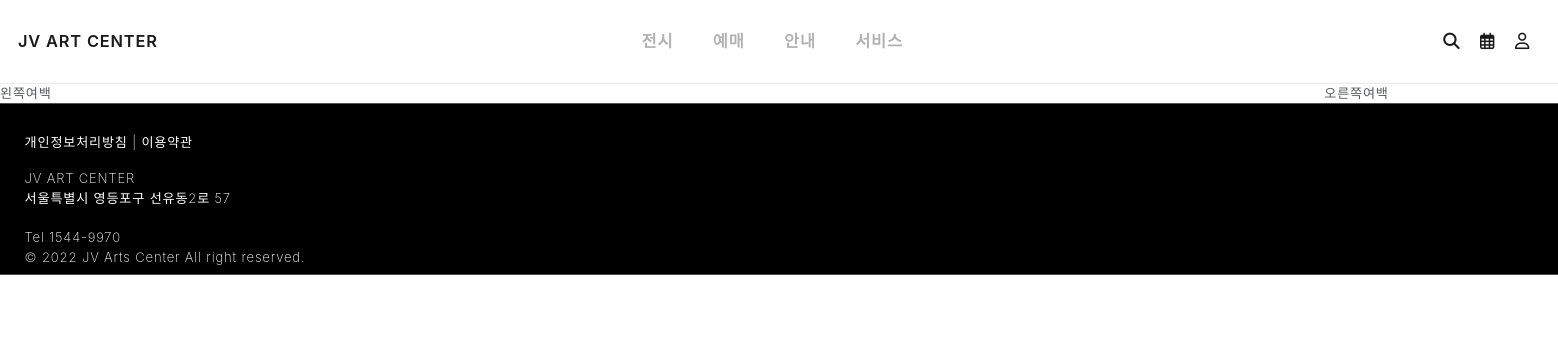
Repository: pshysd/SEMI_PROJECT
Page: http://localhost/JVArtCenter/index.jsp
The author's editor kept a copy of each file at every save. The page is drawn from the files as they stood at one save, then again after the next save.
The browser window is 1280 px wide. The page is 1900 px wide, so the pictures cover 1900 px, including what lies to the right of the window. The pictures show the whole page, at 82% of full size.
Some web fonts or font styles are not loaded; a fallback is used. Some web libraries are served in a nearby version. The page is served by Tomcat 9. Nobody is signed in. The application's start-up code is not run. Other server files are loaded and not shown.

Above is the page before, as saved 2022-10-25 13:56:18.

### JVArtCenter/WebContent/index.jsp
<%@ page language="java" contentType="text/html; charset=UTF-8"
    pageEncoding="UTF-8"%>
<!DOCTYPE html>
<html>
<head>
<meta charset="UTF-8">
<title>JV Art Center</title>
<style>

    /* ---------- content ---------- */
    #content {
      height: 70%;
      display: flex;
    }

    #content > div {
      height: 100%;
    }
    #content_1 {
      width: 15%;
      float: left;
    }
    #content_2 {
      width: 70%;
      height: 100%;
    }
    #content_3 {
      width: 15%;
      float: right;
    }
  </style>
</head>
<body>

	<%@ include file="views/common/menubar.jsp" %>

    <div class="wrap">
      <!--전체를 감싸는 wrap영역-->

      <div id="content">
        <!--바디-->
        <div id="content_1">왼쪽여백</div>
        <div id="content_2"></div>
        <div id="content_3">오른쪽여백</div>
      </div>

    </div>

    <%@ include file="views/common/footerbar.jsp" %>

  </body>
</html>

### JVArtCenter/WebContent/views/common/menubar.jsp
<%@ page language="java" contentType="text/html; charset=UTF-8"
    pageEncoding="UTF-8"%>
<%
	String contextPath = request.getContextPath();
%>
<!DOCTYPE html>
<html lang="en">
  <head>
    <meta charset="UTF-8" />
    <meta http-equiv="X-UA-Compatible" content="IE=edge" />
    <meta name="viewport" content="width=device-width, initial-scale=1.0" />
    <!-- 메뉴바 아이콘 -->
    <script src="https://kit.fontawesome.com/c7bfbb0e5b.js" crossorigin="anonymous"></script>
    <!-- 부트스트랩 css 사용 -->
    <link rel="stylesheet" href="resources/css/bootstrap.css">
    <!-- JavaScript Bundle with Popper -->
    <script src="https://cdn.jsdelivr.net/npm/bootstrap@5.2.2/dist/js/bootstrap.bundle.min.js" integrity="sha384-OERcA2EqjJCMA+/3y+gxIOqMEjwtxJY7qPCqsdltbNJuaOe923+mo//f6V8Qbsw3" crossorigin="anonymous"></script>
    <title>menubar</title>
  </head>
  <style>

    /* ---------- 전체 스타일 ---------- */
    div {  /*표 확인용 */
        /* border: 0.5px solid lightgrey;  */
        box-sizing: border-box;
    }
    .wrap {
      width: 1900px;
    }
    a {
      text-decoration: none;
    }

    /* header, content, footer의 공통속성 : 가로길이 100% */
    .wrap > div {
      width: 100%;
    }

    /* ---------- header ---------- */
    #header {
      height: 10%;
    }

    /* 메인메뉴 전체를 감싸는 ul */
    #navbar_menu>a {
      display: block;
      line-height: 35px;
    }
    #navbar_menu {
      display: flex;
      list-style: none;
      padding-left: 0;
      font-size: large;
      position: relative;
      margin-left: 550px;
    }
    #navbar_menu>li {
      font-size: 20px;
      position: static;
    }

    /* 각 메인 메뉴 */
    .nav-item {
      font-size: 20px;
    }

    /* 메인메뉴 우측 아이콘 */
    #navbar_icons {
      font-size: 20px;
      display: flex;
      padding: 5px 10px;
    }
    #search,
    #user,
    #calender {
      padding: 10px 12px;
    }

    /* 서브메뉴를 담당하는 ul 태그에 대한 스타일 */
    #navbar_menu>li>div {
      list-style-type: none;
      padding: 0px;
      display: none; /* 평소에는 안보여주다가 마우스가 올라가는 순간 보여지게끔 */
      position: absolute;
    }
    /* 메인메뉴에 마우스가 올라가는 순간 서브메뉴가 펼쳐져서 보이게끔 */
    #navbar_menu>li>a:hover + div {
      display: block; /* 메인메뉴에만 마우스가 올라갔을때만 유지됨 */
    }
    /* 서브메뉴에도 마우스가 올라갈 때 펼쳐진게 유지될 수 있게끔 */
    #navbar_menu > li > div:hover {
      display: block;
    }
    /* 서브메뉴 글씨만 좀 더 작게 보이게끔 */
    #navbar_menu > li > div a {
      font-size: 15px;
    }
    #navbar_menu > li > div a:hover {
      font-size: 18px;
    }

    /* 고정된 세부메뉴 전체를 감싸는 div */
    #navi {
      height: 5%;
      text-align: center;
    }

    /* ---------- content ---------- */
    #content {
      height: 70%;
      display: flex;
    }

    #content > div {
      height: 100%;
    }
    #content_1 {
      width: 15%;
      float: left;
    }
    #content_2 {
      width: 70%;
      height: 100%;
    }
    #content_3 {
      width: 15%;
      float: right;
    }

  </style>
  <body>
    <div class="wrap">
      <!--전체를 감싸는 wrap영역-->

      <div id="header">
        <!--헤더영역-->

        <div>
          <nav class="navbar navbar-expand-lg navbar-light bg-light" style="border: 1px 0px;">
            <div class="container-fluid">
              <a class="navbar-brand" href="#"><span style="margin-left: 10px;">JV</span> ART CENTER</a>
              <button class="navbar-toggler" type="button" data-bs-toggle="collapse" data-bs-target="#navbarColor03" aria-controls="navbarColor03" aria-expanded="false" aria-label="Toggle navigation">
                <span class="navbar-toggler-icon"></span>
              </button>
              <div class="collapse navbar-collapse" id="navbarColor03">
                <ul class="navbar-nav me-auto" id="navbar_menu">
                  <li class="nav-item">
                    <a class="nav-link dropdown" data-bs-toggle="dropdown" href="#" role="button" aria-haspopup="true" aria-expanded="false">전시</a>
                    <div class="dropdown-menu">
                      <a class="dropdown-item" href="#">현재전시</a>
                      <a class="dropdown-item" href="#">지난전시</a>
                      <a class="dropdown-item" href="#">오픈예정</a>

                    </div>
                  </li>
                  <li class="nav-item">
                    <a class="nav-link" href="#">예매</a>
                  </li>
                  <li class="nav-item">
                    <a class="nav-link dropdown" data-bs-toggle="dropdown" href="#" role="button" aria-haspopup="true" aria-expanded="false">안내</a>
                    <div class="dropdown-menu">
                      <a class="dropdown-item" href="#">JV소개</a>
                      <a class="dropdown-item" href="#">전시관 안내</a>
                      <a class="dropdown-item" href="#">오시는길</a>

                    </div>
                  </li>
                  <li class="nav-item dropdown">
                    <a class="nav-link dropdown" data-bs-toggle="dropdown" href="#" role="button" aria-haspopup="true" aria-expanded="false">서비스</a>
                    <div class="dropdown-menu">
                      <a class="dropdown-item" href="#">공지사항</a>
                      <a class="dropdown-item" href="#">FAQ</a>
                      <a class="dropdown-item" href="#">1대1 문의</a>
                      <a class="dropdown-item" href="#">뉴스레터</a>
                    </div>
                  </li>
                </ul>

              </div>
              <div id="navbar_icons">
                <a href=""
                  ><i id="search" class="fa-solid fa-magnifying-glass"></i
                ></a>
                <a href=""
                  ><i id="calender" class="fa-regular fa-calendar-days"></i
                ></a>
                <a href=""><i id="user" class="fa-regular fa-user"></i></a>
              </div>
            </div>
          </nav>
        </div>
      </div>

    </div>
  </body>
</html>

### JVArtCenter/WebContent/views/common/footerbar.jsp
<%@ page language="java" contentType="text/html; charset=UTF-8"
    pageEncoding="UTF-8"%>
<!DOCTYPE html>
<html lang="en">
  <head>
    <meta charset="UTF-8" />
    <meta http-equiv="X-UA-Compatible" content="IE=edge" />
    <meta name="viewport" content="width=device-width, initial-scale=1.0" />
    <!-- 메뉴바 아이콘 -->
    <script src="https://kit.fontawesome.com/c7bfbb0e5b.js" crossorigin="anonymous"></script>
    <!-- 부트스트랩 css 사용 -->
    <link rel="stylesheet" href="resources/css/bootstrap.css">
    <!-- JavaScript Bundle with Popper -->
    <script src="https://cdn.jsdelivr.net/npm/bootstrap@5.2.2/dist/js/bootstrap.bundle.min.js" integrity="sha384-OERcA2EqjJCMA+/3y+gxIOqMEjwtxJY7qPCqsdltbNJuaOe923+mo//f6V8Qbsw3" crossorigin="anonymous"></script>
    <title>footerbar</title>
  </head>
  <style>

    /* ---------- footer ---------- */
    #footer {
      width: 100%;
      height: 15%;
      background-color: black;
      color: white;
      padding-left: 20px;
      padding-top: 25px;;
    }
    #footer>p {
        padding: 10px;
        box-sizing: border-box;
    }
    #footer_etc {
      padding: 10px;
    }
    #footer_etc a {
      text-decoration: none;
      color: white;
    }

  </style>
  <body>
    <div class="wrap">
      <!--전체를 감싸는 wrap영역-->

      <div id="footer">
        <!--푸터-->
        <div id="footer_etc">
            <a href="" >개인정보처리방침</a> |
            <a href="" >이용약관</a>
        </div>
        <p>
          JV ART CENTER<br />
          서울특별시 영등포구 선유동2로 57 <br /><br />

          Tel 1544-9970<br />

          © 2022 JV Arts Center All right reserved.
        </p>
      </div>
    </div>
  </body>
</html>

Loaded but not shown: JVArtCenter/WebContent/resources/css/bootstrap.css (library)

After the next save:
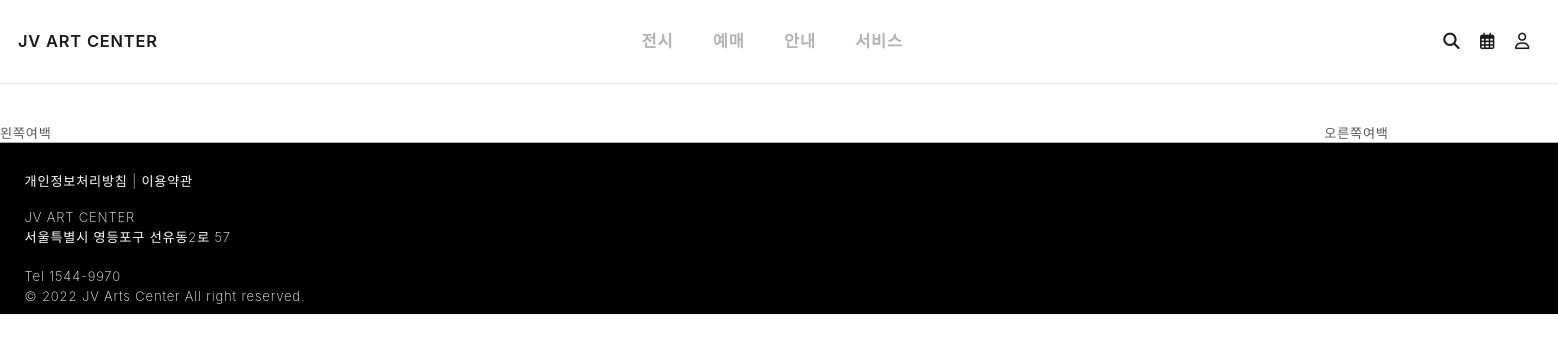
Saved 63 s later.
--- a/JVArtCenter/WebContent/views/common/menubar.jsp
+++ b/JVArtCenter/WebContent/views/common/menubar.jsp
@@ -38,7 +38,7 @@
 
     /* ---------- header ---------- */
     #header {
-      height: 10%;
+      height: 150px;
     }
 
     /* 메인메뉴 전체를 감싸는 ul */
